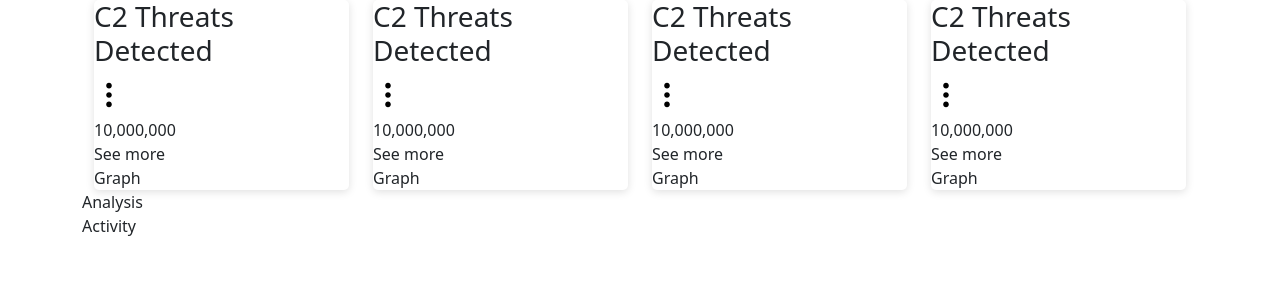
Repository: badhon252/dashboard
Page: /
These files come from the project's save history. The page is drawn as it stood at one moment and after the next save; the edit follows.
The browser window is 1280 px wide. The pictures show the whole page.
The project was rebuilt for these pictures with package versions that can differ from the ones it lists, and the page was loaded fresh each time. Also part of the build but not shown: vite.config.js.

Above is the page before, as saved 2023-01-27 01:06:07.

After the next save:
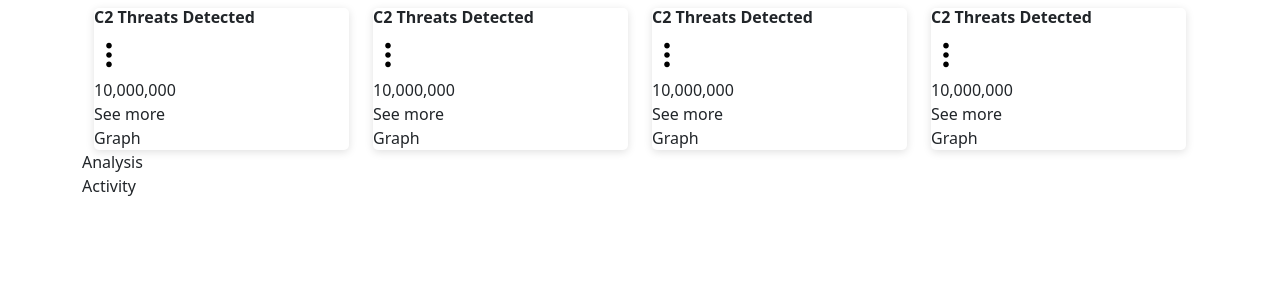
Saved 50 s later.
--- a/src/Components/Status/Status.css
+++ b/src/Components/Status/Status.css
@@ -8,7 +8,7 @@
     width: 100%;
 }
 
-.myCard-title {
+.myCard_title {
     font-size: 1rem;
     font-weight: bold;
     margin: 0.5rem 0;
